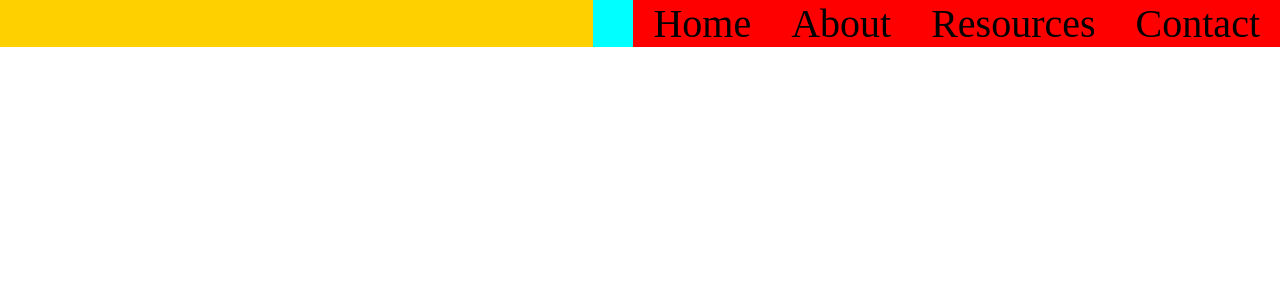
Repository: rdass1/COM421-FinalProject
Page: Website/index.html
The author's editor kept a copy of each file at every save. The page is drawn from the files as they stood at one save, then again after a run of saves.
The browser window is 1280 px wide. The pictures show the whole page.

Above is the page before, as saved 2021-05-11 22:47:02.

### Website/index.html
<!DOCTYPE html>
<html>
    <head>
        <meta charset="UTF-8">
        <meta name="description" content="Take It To the Streets is a non-profit organization that helps people find information on how to fight their tickets. ">
        <meta name="author" content="Group 2">
        <meta name="viewport" content="width=device-width, initial-scale=1.0">
        <link rel="stylesheet" type="text/css" href="css/index.css">
        <title>Take It To The Streets</title>
    </head>
    <body>
        <header>
            <div id = "navbar">
                <nav>
                    <ul>
                        <li>Home</li>
                        <li>About</li>
                        <li>Resources</li>
                        <li>Contact</li>
                    </ul>

                </nav>
            </div>
        </header>

    </body>
</html>

### Website/css/index.css
body{
    margin:0px;
}

header{
    background-color: rgb(255, 208, 0);
    width: 100%;
    height: 6%;
    display: flex;
    justify-content: flex-end;
    margin: 0px;
    padding: 0px;

}

#navbar nav{



}

#navbar ul{
    margin: 0px;
    background-color:aqua;
    overflow: hidden;
    list-style: none;
}

#navbar li{
    margin: 0px;
    padding: 0px 20px 0px 20px;
    font-size: 2.5rem;
    background-color:red;
    float:left;
}

After the next 2 saves:
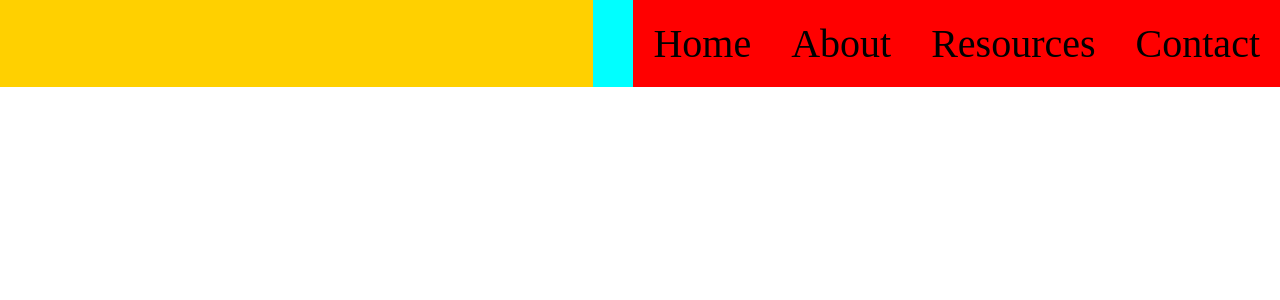
The 2 saves are shown as one change because they came seconds apart.
The last was saved 14 s later.
--- a/Website/css/index.css
+++ b/Website/css/index.css
@@ -28,7 +28,7 @@ header{
 
 #navbar li{
     margin: 0px;
-    padding: 0px 20px 0px 20px;
+    padding: 20px 20px 20px 20px;
     font-size: 2.5rem;
     background-color:red;
     float:left;
